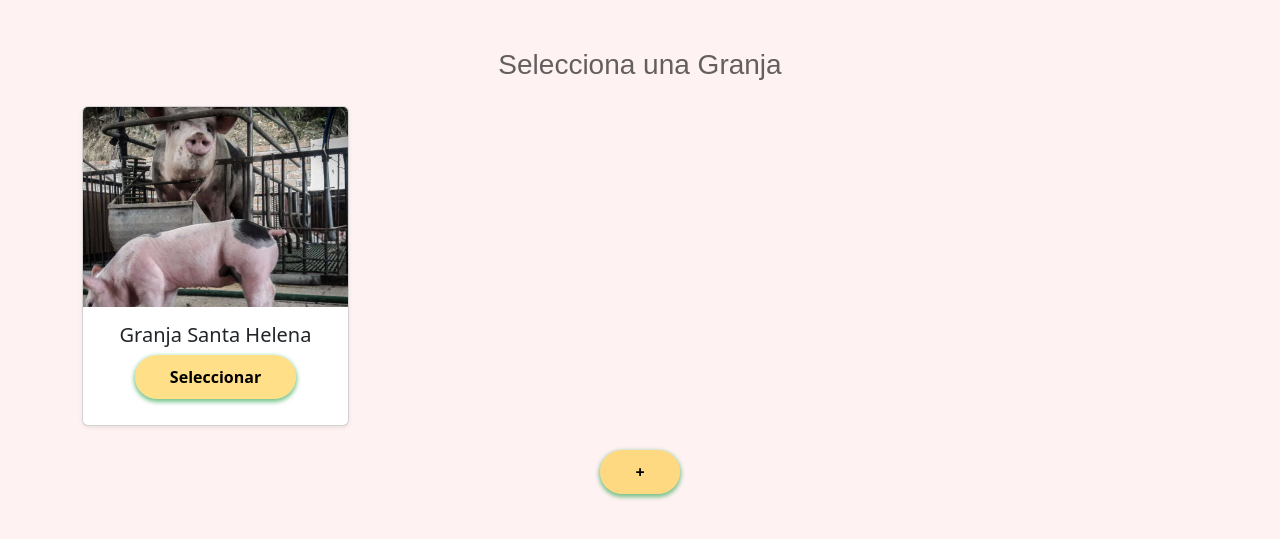
Repository: Mateojimenezz/Granja-Santa-Helena
Page: seleccionarGranja.html
An editor plug-in stored every save of this project. The page is shown before and after the next save, followed by the edit.
The browser window is 1280 px wide. The pictures show the whole page.
Some web fonts or font styles are not loaded; a fallback is used.

Above is the page before, as saved 2025-05-13 10:47:53.

After the next save:
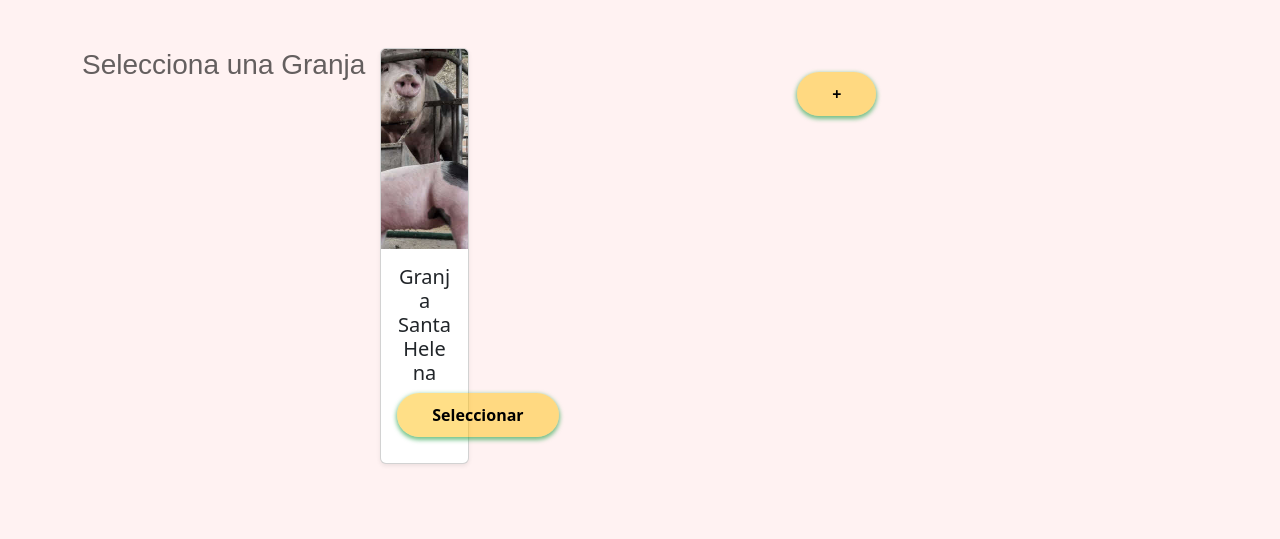
Saved 4 s later.
--- a/assets/css/seleccionarGranja.css
+++ b/assets/css/seleccionarGranja.css
@@ -57,7 +57,7 @@
     box-shadow: none !important;
   }
 
-#container {
+.container {
     position: relative; /* Habilita posicionamiento dentro del contenedor */
     display: flex;
     flex-wrap: wrap;

After the save that followed:
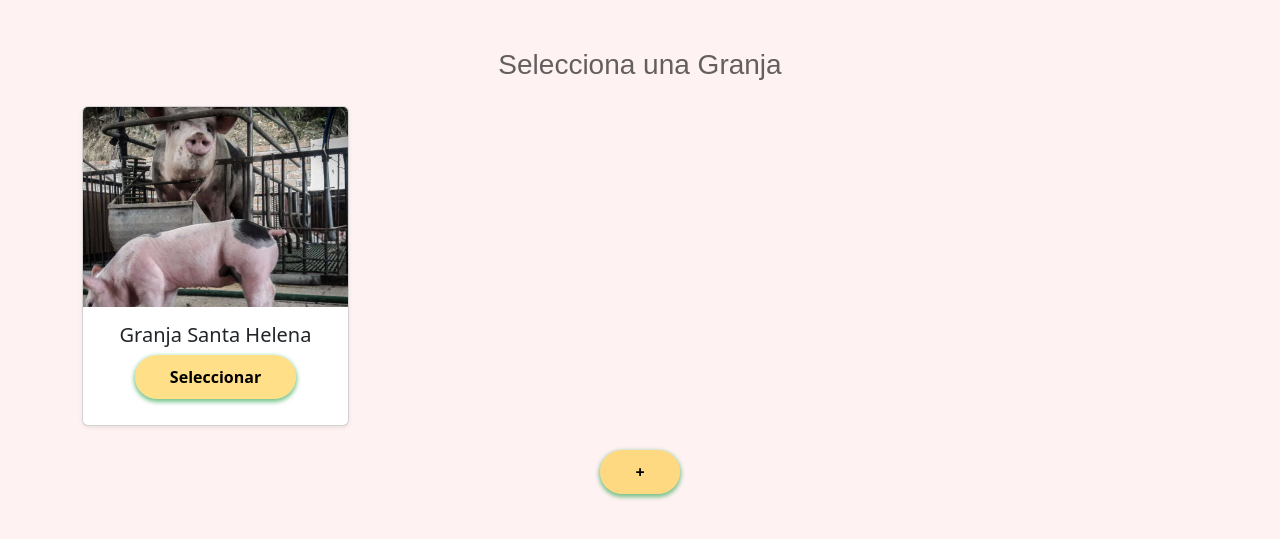
Saved 19 s later.
--- a/assets/css/seleccionarGranja.css
+++ b/assets/css/seleccionarGranja.css
@@ -57,7 +57,7 @@
     box-shadow: none !important;
   }
 
-.container {
+#granjas-container {
     position: relative; /* Habilita posicionamiento dentro del contenedor */
     display: flex;
     flex-wrap: wrap;
